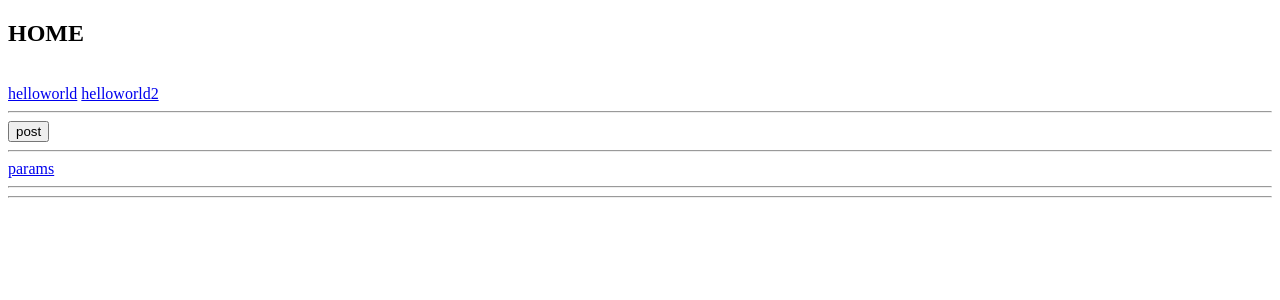
Repository: weiqilin66/workSpaceXD
Page: http://localhost/springmvc-1/
The author's editor kept a copy of each file at every save. The page is drawn from the files as they stood at one save, then again after the next save.
The browser window is 1280 px wide. The pictures show the whole page.
The page is served by Tomcat 9. Other server files are loaded and not shown.

Above is the page before, as saved 2019-09-18 08:35:31.

### workspace/eclipseworkspace/ws01-study/springmvc-1/WebContent/index.jsp
<%@ page language="java" contentType="text/html; charset=ISO-8859-1"
    pageEncoding="UTF-8"%>
<!DOCTYPE html>
<html>
<head>
<meta charset="ISO-8859-1">
<title>Insert title here</title>
</head>
<body>
<h2>HOME</h2>
<br>
<a href="helloworld"> helloworld</a>
<a href="test/helloworld"> helloworld2</a>
<hr>
<!-- form表单指定method 默认是get -->
<form action="test/helloworldpost" method="post">
<input value="post" type="submit">
</form>
<hr>
<a href="test/params?username=joy&age=11"> params</a>
<hr>
<hr>
<br>
<form action="test/testrest" method="post">
<input  type="hidden" name="_method" value="DELETE">
</form>
<br>
<br>
<br>
<br>
<br>
<br>
</body>
</html>

After the next save:
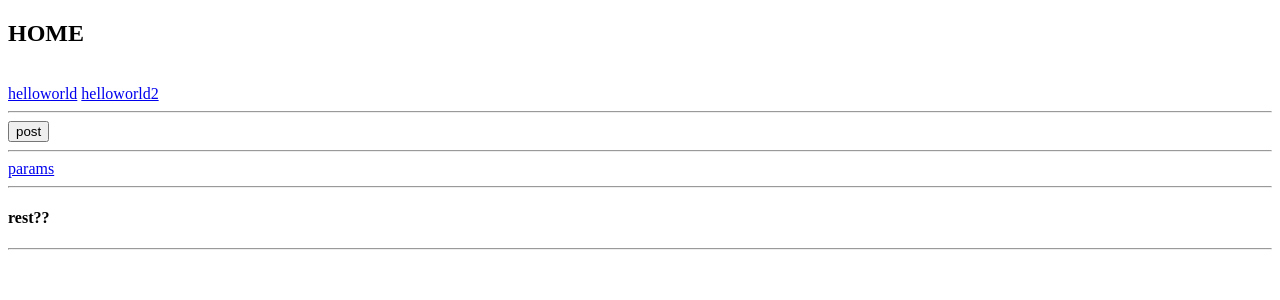
Saved 23 s later.
--- a/workspace/eclipseworkspace/ws01-study/springmvc-1/WebContent/index.jsp
+++ b/workspace/eclipseworkspace/ws01-study/springmvc-1/WebContent/index.jsp
@@ -19,6 +19,7 @@
 <hr>
 <a href="test/params?username=joy&age=11"> params</a>
 <hr>
+<h4>rest风格</h4>
 <hr>
 <br>
 <form action="test/testrest" method="post">
